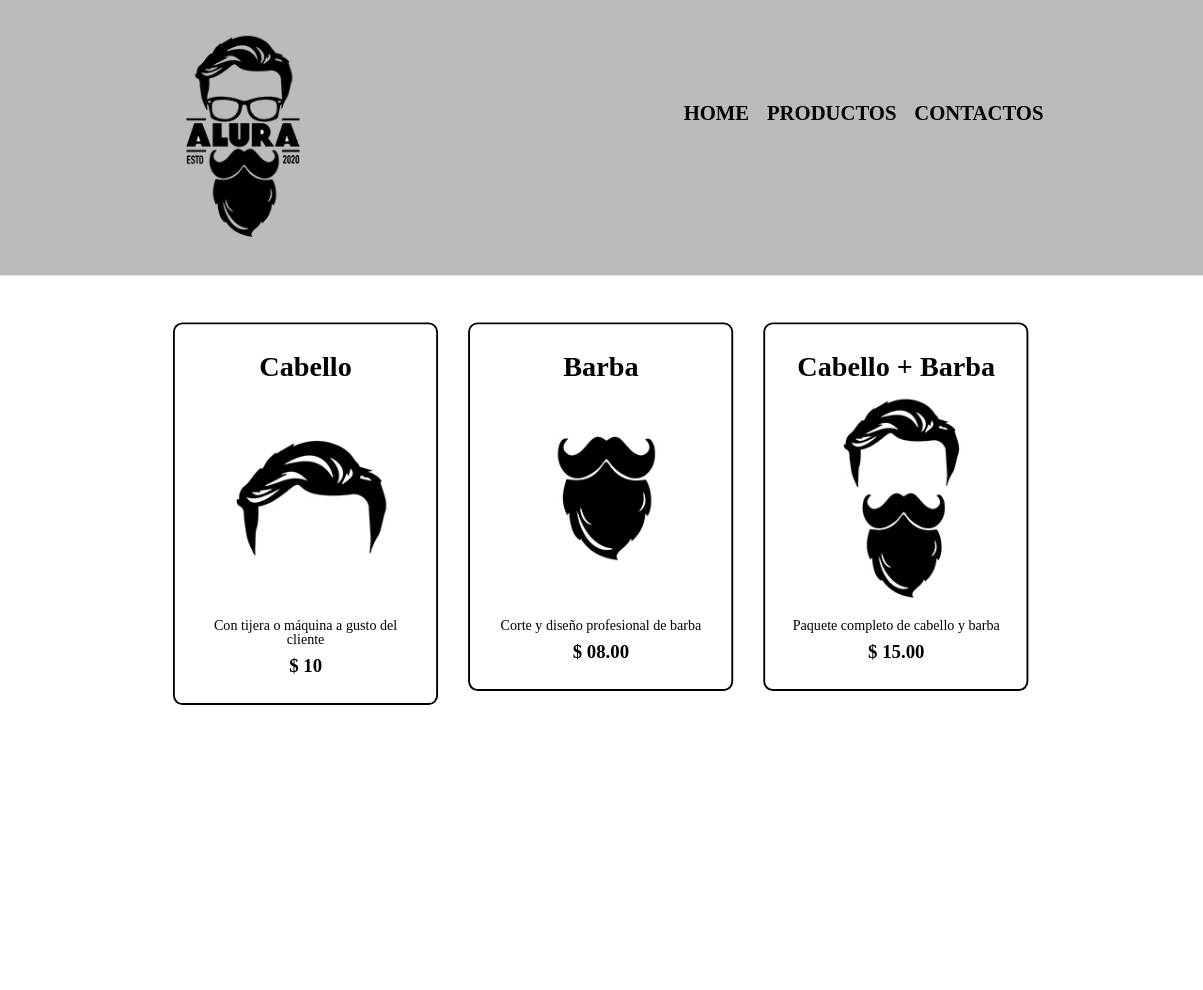
Repository: Ciromontes/Barber-a
Page: productos.html
These files come from the project's save history. The page is drawn as it stood at one moment and after the next save; the edit follows.
The browser window is 1280 px wide. The pictures show the whole page, at 94% of full size.

Above is the page before, as saved 2022-12-23 22:25:32.

After the next save:
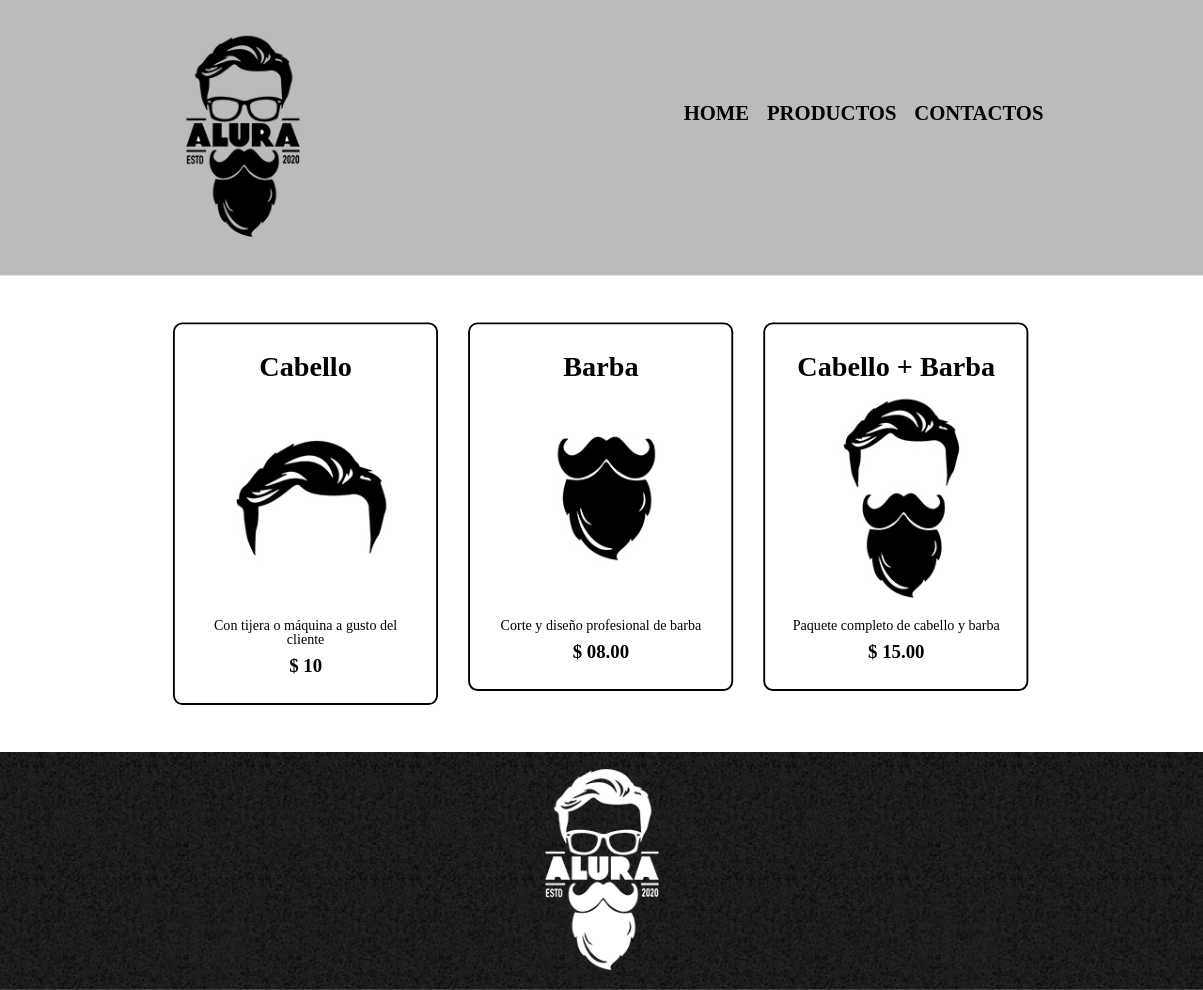
Saved 91 s later.
--- a/productos.css
+++ b/productos.css
@@ -84,3 +84,8 @@
     font-weight: bold;
     margin-top: 10px;
 }
+
+footer{
+text-align: center;
+background: url(logos/bg.jpg);
+}
